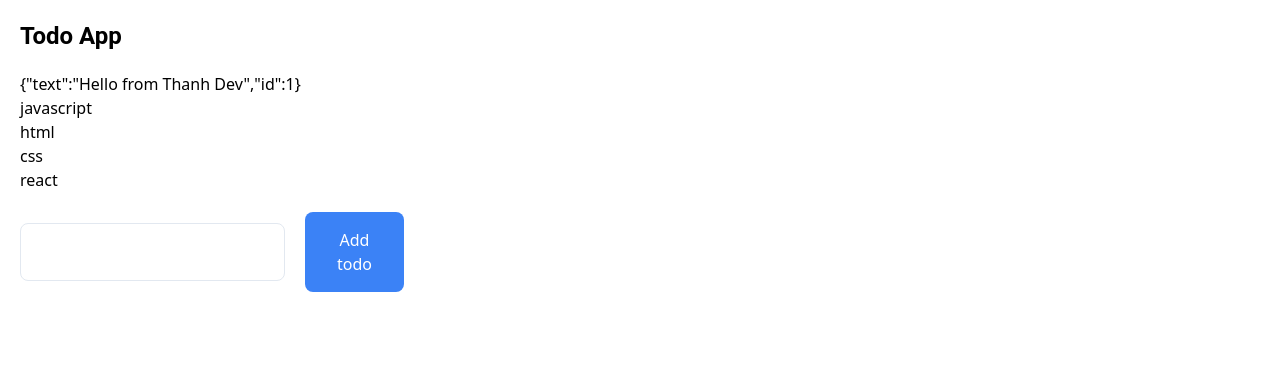
Repository: vophuocthanh/react-typescript
Page: /
These files come from the project's save history. The page is drawn as it stood at one moment and after the next save; the edit follows.
The browser window is 1280 px wide. The pictures show the whole page.
The project was rebuilt for these pictures with package versions that can differ from the ones it lists, and the page was loaded fresh each time. Also part of the build but not shown: vite.config.ts.

Above is the page before, as saved 2023-04-06 21:46:08.

### src/App.tsx
import React, { useEffect, useReducer, useRef, useState } from "react";
const Heading = ({ title }: { title: string }) => {
  return <h2 className="mb-5 text-2xl font-bold font-primary">{title}</h2>;
};
type ActionType =
  | { type: "ADD"; text: string }
  | { type: "REMOVE"; id: number };
interface Todo {
  id: number;
  text: string;
}
const todoReducer = (state: Todo[], action: ActionType) => {
  switch (action.type) {
    case "ADD":
      return [
        ...state,
        {
          id: state.length,
          text: action.text,
        },
      ];
    case "REMOVE":
      return state.filter((todo: Todo) => todo.id !== action.id);
    default:
      throw new Error("");
  }
};
const initialState: Todo[] = [];
interface Data {
  text: string;
  id: number;
}
const App = () => {
  const [todos, dispatch] = useReducer(todoReducer, initialState);
  const inputRef = useRef<HTMLInputElement>(null);
  const onRemoveTodo = (todoId: number) => {
    dispatch({
      type: "REMOVE",
      id: todoId,
    });
  };
  const onAddTodo = () => {
    if (inputRef.current) {
      dispatch({
        type: "ADD",
        text: inputRef.current.value,
      });
      inputRef.current.value = "";
    }
  };
  const [data, setData] = useState<Data | null>(null);
  useEffect(() => {
    fetch("data.json")
      .then((res) => res.json())
      .then((result) => {
        setData(result);
      });
  }, []);
  const onClickItem = (item: string) => {
    alert(item);
  };
  return (
    <div>
      <Heading title="Todo App"></Heading>
      {JSON.stringify(data)}
      <List
        items={["javascript", "html", "css", "react"]}
        onClickItem={(item: string) => onClickItem(item)}
      ></List>
      <Boxed></Boxed>
      <div className="max-w-sm">
        <div className="flex flex-col mb-5 gap-y-5">
          {todos.map((todo) => (
            <div className="flex items-center gap-x-3" key={todo.id}>
              <span>{todo.text}</span>
              <button
                onClick={() => onRemoveTodo(todo.id)}
                className="p-2 text-sm font-medium text-white bg-red-500 rounded-lg"
              >
                Remove
              </button>
            </div>
          ))}
        </div>
        <div className="flex items-center gap-x-5">
          <input
            type="text"
            className="p-4 border rounded-lg outline-none border-slate-200"
            ref={inputRef}
          />
          <button
            onClick={onAddTodo}
            className="p-4 text-center text-white bg-blue-500 rounded-lg"
          >
            Add todo
          </button>
        </div>
      </div>
    </div>
  );
};

const List = ({
  items,
  onClickItem,
}: {
  items: string[];
  onClickItem?: (item: string) => void;
}) => {
  return (
    <div>
      {items.map((item) => (
        <div key={item} onClick={() => onClickItem?.(item)}>
          {item}
        </div>
      ))}
    </div>
  );
};

const Boxed = ({ children }: { children?: React.ReactNode }) => {
  return <div>{children}</div>;
};

export default App;

### src/index.css
@tailwind base;
@tailwind components;
@tailwind utilities;
@layer base {
  body {
    @apply p-5;
  }
}

### tailwind.config.js
/** @type {import('tailwindcss').Config} */
export default {
  content: ["./index.html", "./src/**/*.{js,ts,jsx,tsx}"],
  theme: {
    extend: {
      fontFamily: {
        primary: ["Roboto"],
      },
    },
  },
  plugins: [],
};

### public/data.json
{
  "text": "Hello from Thanh Dev",
  "id": 1
}

Loaded but not shown: index.html (common file); src/main.tsx (common file)

After the next save:
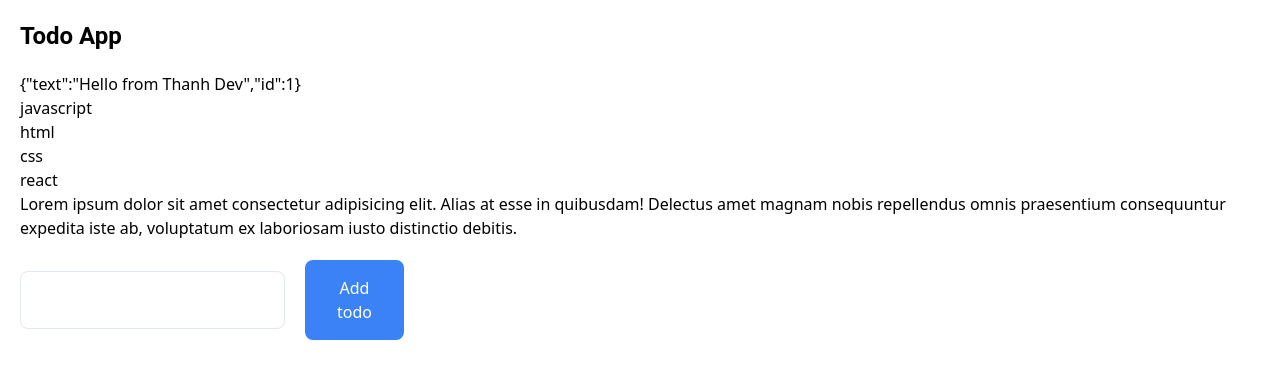
Saved 13 s later.
--- a/src/App.tsx
+++ b/src/App.tsx
@@ -67,7 +67,12 @@ const App = () => {
         items={["javascript", "html", "css", "react"]}
         onClickItem={(item: string) => onClickItem(item)}
       ></List>
-      <Boxed></Boxed>
+      <Boxed>
+        Lorem ipsum dolor sit amet consectetur adipisicing elit. Alias at esse
+        in quibusdam! Delectus amet magnam nobis repellendus omnis praesentium
+        consequuntur expedita iste ab, voluptatum ex laboriosam iusto distinctio
+        debitis.
+      </Boxed>
       <div className="max-w-sm">
         <div className="flex flex-col mb-5 gap-y-5">
           {todos.map((todo) => (
